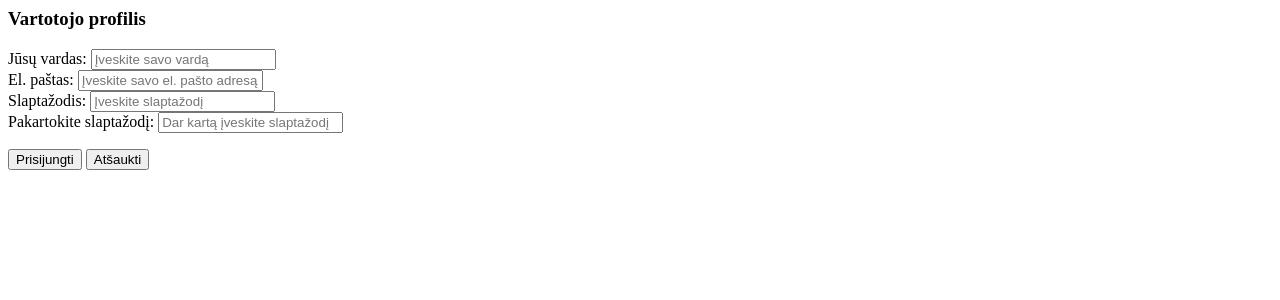
Repository: Skaidrius/Blogas
Page: templates/profile.html
The author's editor kept a record of every edit. The page is drawn from the files as they stood at one moment, then again after the next edit.
The browser window is 1280 px wide. The pictures show the whole page.

Above is the page before.

### templates/profile.html
<!--signup.html-->
<div class="modal-header">
    <h3 class="modal-title">Vartotojo profilis</h3>
    <form class="modal-body" role="form">
        <div class="form-group">
            <label for="name">Jūsų vardas:</label>
            <input type="text" class="form-control" id="name" placeholder="Įveskite savo vardą">
        </div>
        <div class="form-group">
            <label for="email">El. paštas:</label>
            <input type="email" class="form-control" id="email" placeholder="Įveskite savo el. pašto adresą">
        </div>
        <div class="form-group">
            <label for="pwd">Slaptažodis:</label>
            <input type="password" class="form-control" id="pwd" placeholder="Įveskite slaptažodį">
        </div>
        <div class="form-group">
            <label for="pwd">Pakartokite slaptažodį:</label>
            <input type="password" class="form-control" id="rp-pwd" placeholder="Dar kartą įveskite slaptažodį">
        </div>
    </form>
    <div class="modal-footer">
        <button type="submit" class="btn btn-primary" ng-click="ok()">Prisijungti</button>
        <button class="btn btn-warning" ng-click="cancel()">Atšaukti</button>
    </div>
</div>

After the next edit:
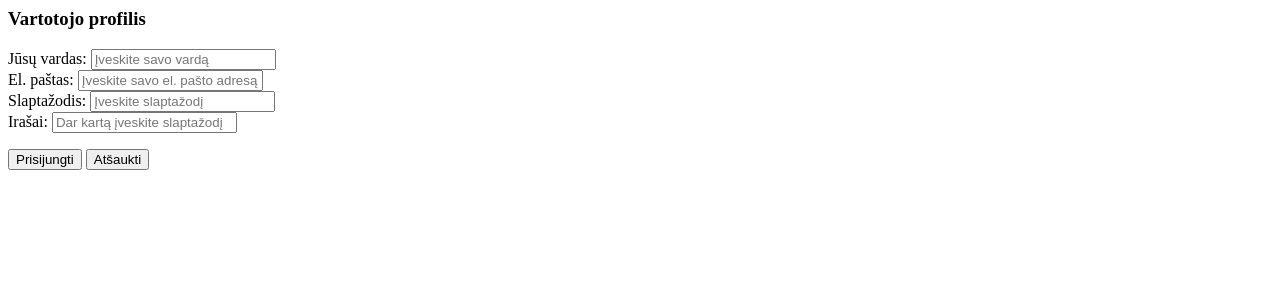
The edit:
--- a/templates/profile.html
+++ b/templates/profile.html
@@ -15,7 +15,7 @@
             <input type="password" class="form-control" id="pwd" placeholder="Įveskite slaptažodį">
         </div>
         <div class="form-group">
-            <label for="pwd">Pakartokite slaptažodį:</label>
+            <label for="pwd">Irašai:</label>
             <input type="password" class="form-control" id="rp-pwd" placeholder="Dar kartą įveskite slaptažodį">
         </div>
     </form>
